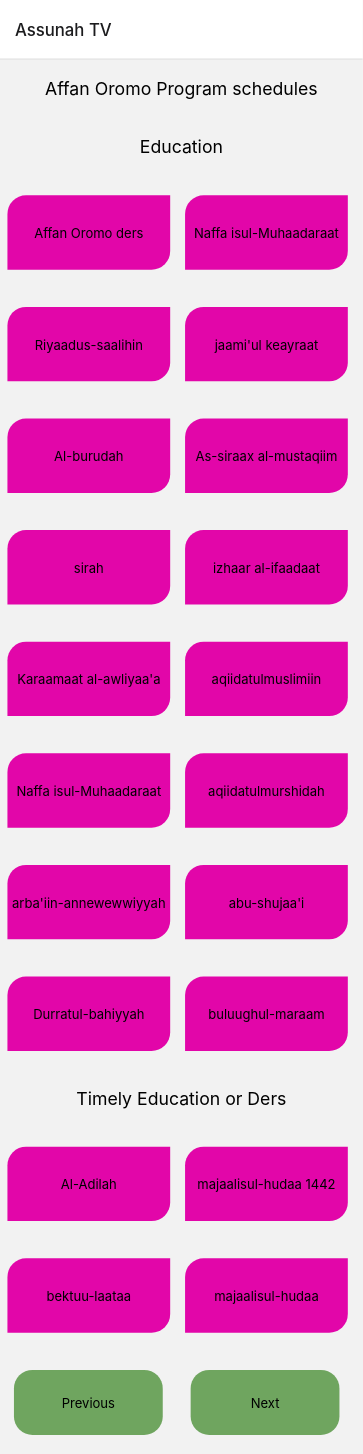
Repository: abdurehmanali611/Assunah_TV
Screen: /
An editor plug-in stored every save of this project. The screen is shown before and after a run of saves, followed by the edit.
The pictures are shown at 93% of full size.
The app was drawn by React Native's web renderer in a window 390 px wide. The project was rebuilt for these pictures with package versions that can differ from the ones it lists, and the page was loaded fresh each time. Also part of the build but not shown: Constants/Home.js, Constants/AboutUs.js, Constants/Contacts.js, Constants/AssunahFolder.js, Constants/AssunahKids.js, Constants/AdditionalExtra.js, Constants/Qiratcenter.js, Programs/AmharicPrograms.js and 29 more.

Above is the screen before, as saved 2024-01-08 23:59:54.

### App.js
import { createStackNavigator } from "@react-navigation/stack";
import { NavigationContainer } from "@react-navigation/native";

import Home from "./Constants/Home";
import AboutUs from "./Constants/AboutUs";
import Contacts from "./Constants/Contacts";
import AssunahFolder from "./Constants/AssunahFolder";
import AssunahKids from "./Constants/AssunahKids";
import AdditionalExtra from "./Constants/AdditionalExtra";
import Qiratcenter from "./Constants/Qiratcenter";
import AmharicPrograms from './Programs/AmharicPrograms'
import ArabicPrograms from './Programs/ArabicPrograms'
import AffanOromo from './Programs/AffanOromo'
import Afar from './Programs/Afar'
import Ethio_Somali from './Programs/Ethio_Somali'
import Gumuz from './Programs/Gumuz'
import Hadere from './Programs/Hadere'
import Halaba from './Programs/Halaba'
import Tigrigna from './Programs/Tigrigna'
import LoginQirat from "./Assunah_Qirat_Center/LoginQirat";
import LoginQirat2 from "./Assunah_Qirat_Center/LoginQirat2";
import Logged from "./Assunah_Qirat_Center/Logged";
import Afarlink from "./Program_Links/Afarlink";
import AffanOromolink from "./Program_Links/AffanOromolink";
import Amhariclink from "./Program_Links/Amhariclink";
import Arabiclink from "./Program_Links/Arabiclink";
import EthioSomalilink from "./Program_Links/EthioSomalilink";
import Gumuzlink from "./Program_Links/Gumuzlink";
import Haderelink from "./Program_Links/Haderelink";
import Halabalink from "./Program_Links/Halabalink";
import Tigraylink from "./Program_Links/Tigraylink";
import Support from "./Additional/Support";
import Help from "./Additional/Help";
import Rate from "./Additional/Rate";
import Amhariclink_2 from "./Program_Links/Amhariclink_2";
import Amhariclink_3 from "./Program_Links/Amhariclink_3";
import Amhariclink_4 from "./Program_Links/Amhariclink_4";
import Amhariclink_5 from "./Program_Links/Amhariclink_5";
import AffanOromolink_2 from "./Program_Links/AffanOromolink_2";
import Siltgnalink from "./Program_Links/Siltgnalink";
import Siltgna from "./Programs/Siltgna";

const stack = createStackNavigator();

const App = () => {

  return (
    <NavigationContainer>
      <stack.Navigator initialRouteName="Oromolink" >
         <stack.Screen name="Home" component={Home} options={{title: 'Assunah TV'}}/>
         <stack.Screen name="Qirat" component={Qiratcenter} options={{title: 'Assunah TV'}}/>
         <stack.Screen name="About" component={AboutUs} options={{title: 'Assunah TV'}}/>
         <stack.Screen name="Contact" component={Contacts} options={{title: 'Assunah TV'}}/>
         <stack.Screen name="Assunah" component={AssunahFolder} options={{title: 'Assunah TV'}}/>
         <stack.Screen name="Kids" component={AssunahKids} options={{title: 'Assunah TV'}}/>
         <stack.Screen name="Extra" component={AdditionalExtra} options={{title: 'Assunah TV'}}/>
         <stack.Screen name="Amharic" component={AmharicPrograms} options={{title: 'Assunah TV'}}/>
         <stack.Screen name="Arabic" component={ArabicPrograms} options={{title: 'Assunah TV'}}/>
         <stack.Screen name="Oromo" component={AffanOromo} options={{title: 'Assunah TV'}}/>
         <stack.Screen name="Afar" component={Afar} options={{title: 'Assunah TV'}}/>
         <stack.Screen name="Somali" component={Ethio_Somali} options={{title: 'Assunah TV'}}/>
         <stack.Screen name="Gumuz" component={Gumuz} options={{title: 'Assunah TV'}}/>
         <stack.Screen name="siltgna" component={Siltgna} options={{title: 'Assunah TV'}}/>
         <stack.Screen name="Halaba" component={Halaba} options={{title: 'Assunah TV'}}/>
         <stack.Screen name="Tigray" component={Tigrigna} options={{title: 'Assunah TV'}}/>
         <stack.Screen name="hadere" component={Hadere} options={{title: 'Assunah TV'}}/>
         <stack.Screen name="Login" component={LoginQirat} options={{title: 'Assunah TV'}}/>
         <stack.Screen name="Login2" component={LoginQirat2} options={{title: 'Assunah TV'}}/>
         <stack.Screen name="Logged" component={Logged} options={{title: 'Assunah TV'}}/>
         <stack.Screen name="Afarlink" component={Afarlink} options={{title: 'Assunah TV'}}/>
         <stack.Screen name="Oromolink" component={AffanOromolink} options={{title: 'Assunah TV'}}/>
         <stack.Screen name="Oromolink2" component={AffanOromolink_2} options={{title: 'Assunah TV'}}/>
         <stack.Screen name="Amhariclink" component={Amhariclink} options={{title: 'Assunah TV'}}/>
         <stack.Screen name="Amhariclink2" component={Amhariclink_2} options={{title: 'Assunah TV'}}/>
         <stack.Screen name="Amhariclink3" component={Amhariclink_3} options={{title: 'Assunah TV'}}/>
         <stack.Screen name="Amhariclink4" component={Amhariclink_4} options={{title: 'Assunah TV'}}/>
         <stack.Screen name="Amhariclink5" component={Amhariclink_5} options={{title: 'Assunah TV'}}/>
         <stack.Screen name="Arabiclink" component={Arabiclink} options={{title: 'Assunah TV'}}/>
         <stack.Screen name="EthioSomalilink" component={EthioSomalilink} options={{title: 'Assunah TV'}}/>
         <stack.Screen name="Gumuzlink" component={Gumuzlink} options={{title: 'Assunah TV'}}/>
         <stack.Screen name="siltgnalink" component={Siltgnalink} options={{title: 'Assunah TV'}}/>
         <stack.Screen name="Halabalink" component={Halabalink} options={{title: 'Assunah TV'}}/>
         <stack.Screen name="Haderelink" component={Haderelink} options={{title: 'Assunah TV'}}/>
         <stack.Screen name="Tigraylink" component={Tigraylink} options={{title: 'Assunah TV'}}/>
         <stack.Screen name="support" component={Support} options={{title: 'Assunah TV'}}/>
         <stack.Screen name="help" component={Help} options={{title: 'Assunah TV'}}/>
         <stack.Screen name="rate" component={Rate} options={{title: 'Assunah TV'}}/>
      </stack.Navigator>
    </NavigationContainer>

  )
};

export default App;

### Program_Links/AffanOromolink.js
import React from "react";
import { Linking, TouchableOpacity } from "react-native";
import { StyleSheet } from "react-native";
import { Text } from "react-native";
import { ScrollView } from "react-native";
import { View } from "react-native";

const AffanOromolink = ({navigation}) => {

    return <ScrollView>
        <View>
            <Text style = {{fontSize: 19,textAlign: 'center',marginVertical: 20}}>Affan Oromo Program schedules</Text>
            <View>
                <Text style = {{fontSize: 19,textAlign: 'center',marginVertical: 20}}>Education</Text>
                <View style = {{display: 'flex', flexDirection: 'row'}}>
                    <TouchableOpacity
                    style = {styles.oromotouch}
                    onPress={() => Linking.openURL('https://www.youtube.com/watch?v=IPN2LiMtTTA&list=PLZaq281_mc43QxfIaBowIxUx3QpOsSgH6&pp=iAQB')}
                    >
                        <Text>Affan Oromo ders</Text>
                    </TouchableOpacity>
                    <TouchableOpacity
                    style = {styles.oromotouch}
                    onPress={() => Linking.openURL('https://www.youtube.com/watch?v=uesK1WXvcnk&list=PLZaq281_mc41LTZR2MoGskjBr2lggVL79&pp=iAQB')}
                    >
                        <Text>Naffa isul-Muhaadaraat</Text>
                    </TouchableOpacity>
                </View>
                <View style = {{display: 'flex', flexDirection: 'row'}}>
                    <TouchableOpacity
                    style = {styles.oromotouch}
                    onPress={() => Linking.openURL('https://www.youtube.com/watch?v=PDBnHhpd1C4&list=PLZaq281_mc437T8IQMPK3N5XmJqpjqaoz&pp=iAQB')}
                    >
                        <Text>Riyaadus-saalihin</Text>
                    </TouchableOpacity>
                    <TouchableOpacity
                    style = {styles.oromotouch}
                    onPress={() => Linking.openURL('https://www.youtube.com/watch?v=G7NNcMXcv-Q&list=PLZaq281_mc40iQi4SvJFDsXxwhurOQNhA&pp=iAQB')}
                    >
                        <Text>jaami'ul keayraat</Text>
                    </TouchableOpacity>
                </View>
                <View style = {{display: 'flex', flexDirection: 'row'}}>
                    <TouchableOpacity
                    style = {styles.oromotouch}
                    onPress={() => Linking.openURL('https://www.youtube.com/watch?v=RT-0S2CbEwA&list=PLZaq281_mc42lhMAR9bz9uEM-A0ELo3AD&pp=iAQB')}
                    >
                        <Text>Al-burudah</Text>
                    </TouchableOpacity>
                    <TouchableOpacity
                    style = {styles.oromotouch}
                    onPress={() => Linking.openURL('https://www.youtube.com/watch?v=8JYevrK_9pg&list=PLZaq281_mc41XvUKqK8kAqPu1b5FZrs7q&pp=iAQB')}
                    >
                        <Text>As-siraax al-mustaqiim</Text>
                    </TouchableOpacity>
                </View>
                <View style = {{display: 'flex', flexDirection: 'row'}}>
                    <TouchableOpacity
                    style = {styles.oromotouch}
                    onPress={() => Linking.openURL('https://www.youtube.com/watch?v=6QGMWgb9Teg&list=PLZaq281_mc42Q6QXPe0mKl50uQV3yktTx&pp=iAQB')}
                    >
                        <Text>sirah</Text>
                    </TouchableOpacity>
                    <TouchableOpacity
                    style = {styles.oromotouch}
                    onPress={() => Linking.openURL('https://www.youtube.com/watch?v=c7trXAz0fhw&list=PLZaq281_mc42Na74j4YYgVAY7cvZjAZ0D&pp=iAQB')}
                    >
                        <Text>izhaar al-ifaadaat</Text>
                    </TouchableOpacity>
                </View>
                <View style = {{display: 'flex', flexDirection: 'row'}}>
                    <TouchableOpacity
                    style = {styles.oromotouch}
                    onPress={() => Linking.openURL('https://www.youtube.com/watch?v=WrlbtqgumI8&list=PLZaq281_mc42r1tlgwlx-4VGSfPV5PFrI&pp=iAQB')}
                    >
                        <Text>Karaamaat al-awliyaa'a</Text>
                    </TouchableOpacity>
                    <TouchableOpacity
                    style = {styles.oromotouch}
                    onPress={() => Linking.openURL('https://www.youtube.com/watch?v=1ty5hYIebso&list=PLZaq281_mc40N9_TDhdP7hjYngLmgOhxg&pp=iAQB')}
                    >
                        <Text>aqiidatulmuslimiin</Text>
                    </TouchableOpacity>
                </View>
                <View style = {{display: 'flex', flexDirection: 'row'}}>
                    <TouchableOpacity
                    style = {styles.oromotouch}
                    onPress={() => Linking.openURL('https://www.youtube.com/watch?v=jyeepTWsToY&list=PLZaq281_mc42gEWPZqpl8mfJ1SzvSkUw_&pp=iAQB')}
                    >
                        <Text>Naffa isul-Muhaadaraat</Text>
                    </TouchableOpacity>
                    <TouchableOpacity
                    style = {styles.oromotouch}
                    onPress={() => Linking.openURL('https://www.youtube.com/watch?v=nlyyCBgoxwA&list=PLZaq281_mc43ZD7yMK6YNqMvwgdwgK5_6&pp=iAQB')}
                    >
                        <Text>aqiidatulmurshidah</Text>
                    </TouchableOpacity>
                </View>
                <View style = {{display: 'flex', flexDirection: 'row'}}>
                    <TouchableOpacity
                    style = {styles.oromotouch}
                    onPress={() => Linking.openURL('https://www.youtube.com/watch?v=eAXER0GrPgw&list=PLZaq281_mc41jw0oDuUweLD5VtcOM0nrT&pp=iAQB')}
                    >
                        <Text>arba'iin-annewewwiyyah</Text>
                    </TouchableOpacity>
                    <TouchableOpacity
                    style = {styles.oromotouch}
                    onPress={() => Linking.openURL('https://www.youtube.com/watch?v=-LMsOLeGu74&list=PLZaq281_mc40cj3DqKoU76CkYd4A49kvu&pp=iAQB')}
                    >
                        <Text>abu-shujaa'i</Text>
                    </TouchableOpacity>
                </View>
                <View style = {{display: 'flex', flexDirection: 'row'}}>
                    <TouchableOpacity
                    style = {styles.oromotouch}
                    onPress={() => Linking.openURL('https://www.youtube.com/watch?v=YmeDSVLLgSI&list=PLZaq281_mc412t980bvzztKO_5adohl2Q&pp=iAQB')}
                    >
                        <Text>Durratul-bahiyyah</Text>
                    </TouchableOpacity>
                    <TouchableOpacity
                    style = {styles.oromotouch}
                    onPress={() => Linking.openURL('https://www.youtube.com/watch?v=FOyFtQg4TE8&list=PLZaq281_mc42MyRSRA6vFJMkHM79HmOlJ&pp=iAQB')}
                    >
                        <Text>buluughul-maraam</Text>
                    </TouchableOpacity>
                </View>
            </View>
            <View>
                <Text style = {{fontSize: 19,textAlign: 'center',marginVertical: 20}}>Timely Education or Ders</Text>
                <View style = {{display: 'flex', flexDirection: 'row'}}>
                    <TouchableOpacity
                    style = {styles.oromotouch}
                    onPress={() => Linking.openURL('https://www.youtube.com/watch?v=SWyVEhmfW9Y&list=PLZaq281_mc43BJOZOLD4Eci8MHg7YkpD4&pp=iAQB')}
                    >
                        <Text>Al-Adilah</Text>
                    </TouchableOpacity>
                    <TouchableOpacity
                    style = {styles.oromotouch}
                    onPress={() => Linking.openURL('https://www.youtube.com/watch?v=KZLd1hruHHg&list=PLZaq281_mc437tKLTOc6JhbFoUJTdC9Tb&pp=iAQB')}
                    >
                        <Text>majaalisul-hudaa 1442</Text>
                    </TouchableOpacity>
                </View>
                <View style = {{display: 'flex', flexDirection: 'row'}}>
                    <TouchableOpacity
                    style = {styles.oromotouch}
                    onPress={() => Linking.openURL('https://www.youtube.com/watch?v=Ccrul7E-dqw&list=PLZaq281_mc43h9bAEJTkRx4ZCe5myC6-Y&pp=iAQB')}
                    >
                        <Text>bektuu-laataa</Text>
                    </TouchableOpacity>
                    <TouchableOpacity
                    style = {styles.oromotouch}
                    onPress={() => Linking.openURL('https://www.youtube.com/watch?v=3NiIQsDhsRY&list=PLZaq281_mc40DhO-g6-96RA-tX5cNlOec&pp=iAQB')}
                    >
                        <Text>majaalisul-hudaa</Text>
                    </TouchableOpacity>
                </View>
            </View>
            <View style = {{display: 'flex', flexDirection: 'row'}}>
                    <TouchableOpacity
                    style = {styles.touch}
                    onPress={() => navigation.navigate('Oromo')}
                    >
                        <Text>Previous</Text>
                    </TouchableOpacity>
                    <TouchableOpacity
                    style = {styles.touch}
                    onPress={() => navigation.navigate('Oromolink2')}
                    >
                        <Text>Next</Text>
                    </TouchableOpacity>
                </View>
        </View>
    </ScrollView>

}

const randomRGB = () => {

    const red = Math.floor(Math.random() * 256)
    const green = Math.floor(Math.random() * 256)
    const blue = Math.floor(Math.random() * 256)

    return `rgb(${red},${green},${blue})`
}

const styles = StyleSheet.create ({
    oromotouch: {
        marginVertical: 20,
        backgroundColor: randomRGB(),
        width: 175,
        height: 80,
        alignItems: 'center',
        justifyContent: 'center',
        borderBottomEndRadius: 20,
        borderTopStartRadius: 20,
        marginHorizontal: 8
    },
    touch: {
        marginVertical: 20,
        width: 160,
        height: 70,
        backgroundColor: randomRGB(),
        borderRadius: 20,
        marginHorizontal: 15,
        alignItems: 'center',
        justifyContent: 'center'
    }
})

export default AffanOromolink

After the next 2 saves:
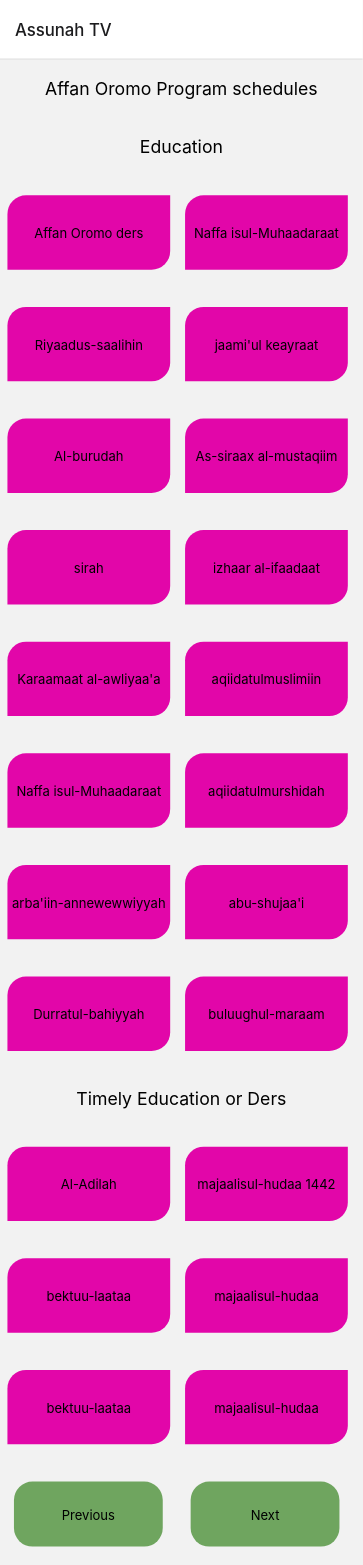
The 2 saves are shown as one change because they came seconds apart.
The last was saved 17 min 33 s later.
--- a/Program_Links/AffanOromolink.js
+++ b/Program_Links/AffanOromolink.js
@@ -139,6 +139,20 @@
                     onPress={() => Linking.openURL('https://www.youtube.com/watch?v=KZLd1hruHHg&list=PLZaq281_mc437tKLTOc6JhbFoUJTdC9Tb&pp=iAQB')}
                     >
                         <Text>majaalisul-hudaa 1442</Text>
+                    </TouchableOpacity>
+                </View>
+                <View style = {{display: 'flex', flexDirection: 'row'}}>
+                    <TouchableOpacity
+                    style = {styles.oromotouch}
+                    onPress={() => Linking.openURL('https://www.youtube.com/watch?v=Ccrul7E-dqw&list=PLZaq281_mc43h9bAEJTkRx4ZCe5myC6-Y&pp=iAQB')}
+                    >
+                        <Text>bektuu-laataa</Text>
+                    </TouchableOpacity>
+                    <TouchableOpacity
+                    style = {styles.oromotouch}
+                    onPress={() => Linking.openURL('https://www.youtube.com/watch?v=3NiIQsDhsRY&list=PLZaq281_mc40DhO-g6-96RA-tX5cNlOec&pp=iAQB')}
+                    >
+                        <Text>majaalisul-hudaa</Text>
                     </TouchableOpacity>
                 </View>
                 <View style = {{display: 'flex', flexDirection: 'row'}}>
